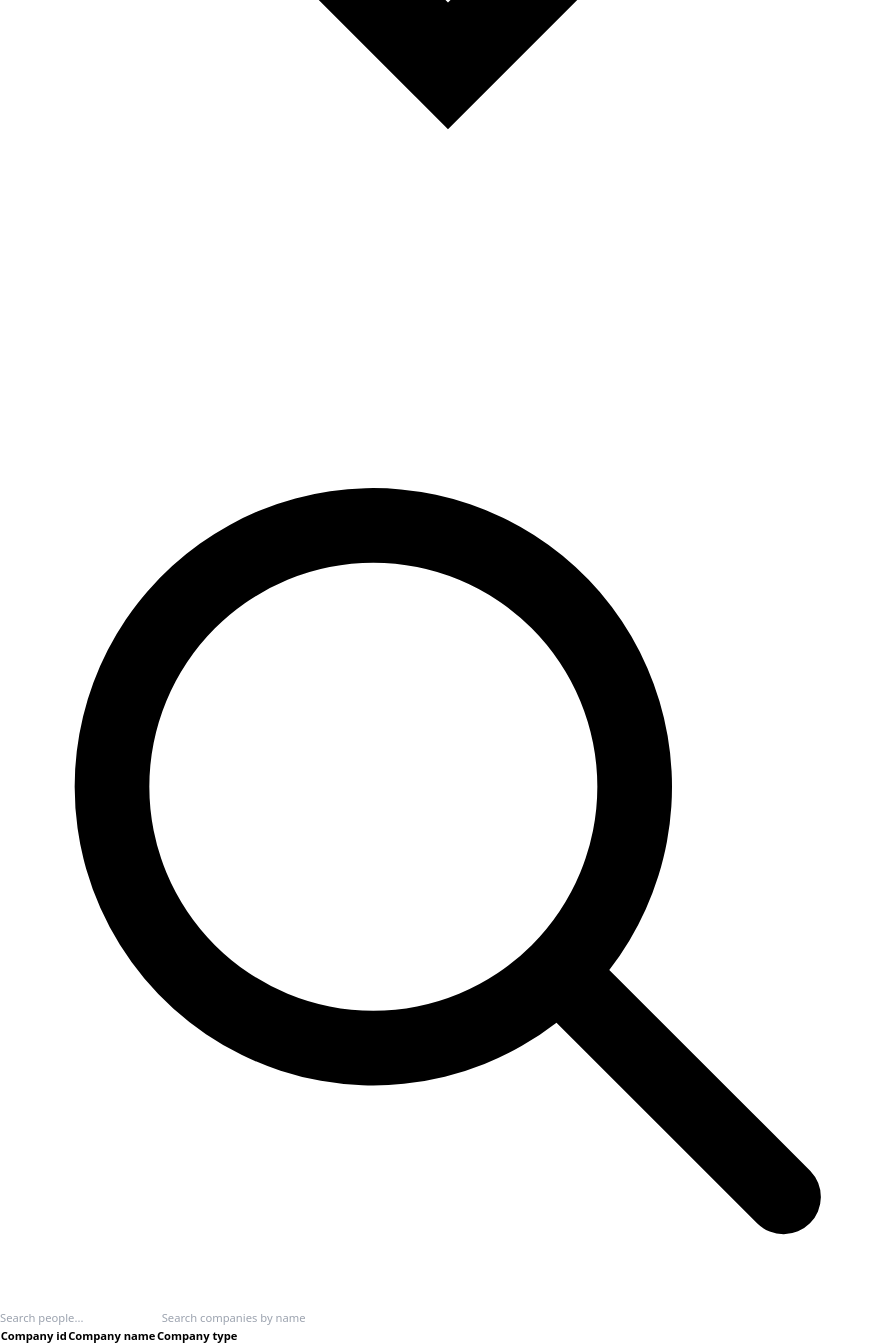
Repository: AlekJanevski/capcito
Page: /
These files come from the project's save history. The page is drawn as it stood at one moment and after the next save; the edit follows.
The browser window is 1280 px wide. The pictures show the part of the page from y = 2042 to 3962 px (the page is 3962 px tall), at 70% of full size.
The page's requests for data from a server got no answer. The project was rebuilt for these pictures with package versions that can differ from the ones it lists, and the page was loaded fresh each time. No one was signed in, and anything a server would have sent is missing.

Above is the page before, as saved 2021-02-11 14:04:57.

### src/App.vue
<template>
  <HelloWorld />
</template>

<script>
import HelloWorld from './components/HelloWorld.vue'

export default {
  name: 'App',
  components: {
    HelloWorld
  }
}
</script>

<style>

</style>

### src/components/HelloWorld.vue
<template>
		<!-- <table class="w-5/6 m-5 mx-auto text-gray-800 bg-gray-200 rounded-t-lg">
			<tr class="text-left border-b-2 border-gray-300">
				<th class="px-4 py-3">Company ID</th>
				<th class="px-4 py-3">Company name</th>
				<th class="px-4 py-3">Company type: </th>
			</tr>

			<tr class="bg-gray-100 border-b border-gray-200" v-for="user in usersList" :key="user.id">
				<td class="px-4 py-3">{{ user.id }}</td>
				<td class="px-4 py-3">{{ user.name }}</td>
				<td class="px-4 py-3">{{ user.type }}</td>
			</tr>
		</table> -->
		<div class="container px-4 mx-auto sm:px-8">
			<div class="py-8">
				<div>
					<h2 class="text-2xl font-semibold leading-tight">Companies</h2>
				</div>

				<div class="flex flex-col my-2 sm:flex-row">
					<div class="flex flex-row mb-1 sm:mb-0">
						<div class="relative mr-3">
							<select class="block w-full h-full px-4 py-2 pr-8 leading-tight text-gray-700 bg-white border border-gray-400 rounded-l appearance-none focus:outline-none focus:bg-white focus:border-gray-500">
								<option>5</option>
								<option>10</option>
								<option>20</option>
							</select>
							<div
								class="absolute inset-y-0 right-0 flex items-center px-2 text-gray-700 pointer-events-none">
								<svg class="w-4 h-4 fill-current" xmlns="http://www.w3.org/2000/svg" viewBox="0 0 20 20">
									<path d="M9.293 12.95l.707.707L15.657 8l-1.414-1.414L10 10.828 5.757 6.586 4.343 8z" />
								</svg>
							</div>
						</div>
						<div class="relative mr-3">
							<select
								class="block w-full h-full px-4 py-2 pr-8 leading-tight text-gray-700 bg-white border border-gray-400 rounded appearance-none sm:rounded-r-none focus:outline-none focus:border-l focus:border-r focus:bg-white focus:border-gray-500">
								<option>All</option>
								<option>Active</option>
								<option>Inactive</option>
							</select>
							<div
								class="absolute inset-y-0 right-0 flex items-center px-2 text-gray-700 pointer-events-none">
								<svg class="w-4 h-4 fill-current" xmlns="http://www.w3.org/2000/svg" viewBox="0 0 20 20">
										<path d="M9.293 12.95l.707.707L15.657 8l-1.414-1.414L10 10.828 5.757 6.586 4.343 8z" />
								</svg>
							</div>
						</div>
					</div>

					<div class="relative block">
						<span class="absolute inset-y-0 left-0 flex items-center h-full pl-2">
							<svg viewBox="0 0 24 24" class="w-4 h-4 text-gray-500 fill-current">
								<path d="M10 4a6 6 0 100 12 6 6 0 000-12zm-8 6a8 8 0 1114.32 4.906l5.387 5.387a1 1 0 01-1.414 1.414l-5.387-5.387A8 8 0 012 10z" />
							</svg>
						</span>

						    <input
									type="text"
									v-model.trim="search"
									placeholder="Search people..."
									@keyup="getAllStarWarsPeople"
								/>
						<input
							type="text"
							v-model.trim="search"
							placeholder="Search companies by name"
							class="block w-full py-2 pl-8 pr-6 text-sm text-gray-700 placeholder-gray-400 bg-white border border-b border-gray-400 rounded-l rounded-r appearance-none sm:rounded-l-none focus:bg-white focus:placeholder-gray-600 focus:text-gray-700 focus:outline-none" />
					</div>
				</div>

				<div class="px-4 py-4 -mx-4 overflow-x-auto sm:-mx-8 sm:px-8">
					<div class="inline-block min-w-full overflow-hidden rounded-lg shadow">
						<table class="min-w-full leading-normal">
							<thead>
								<tr>
									<th class="px-5 py-3 text-xs font-semibold tracking-wider text-left text-gray-600 uppercase bg-gray-100 border-b-2 border-gray-200">
											Company id
									</th>
									<th class="px-5 py-3 text-xs font-semibold tracking-wider text-left text-gray-600 uppercase bg-gray-100 border-b-2 border-gray-200">
											Company name
									</th>
									<th class="px-5 py-3 text-xs font-semibold tracking-wider text-left text-gray-600 uppercase bg-gray-100 border-b-2 border-gray-200">
											Company type
									</th>
								</tr>
							</thead>

							<tbody>
									<tr v-for="user in usersList" :key="user.id">
										<td class="px-5 py-5 text-sm bg-white border-b border-gray-200">
											<div class="flex items-center">
												<p class="text-gray-900 whitespace-no-wrap">
													{{ user.id }}
												</p>
											</div>
										</td>

										<td class="px-5 py-5 text-sm bg-white border-b border-gray-200">
											<p class="text-gray-900 whitespace-no-wrap">
												{{ user.name }}
											</p>
										</td>

										<td class="px-5 py-5 text-sm bg-white border-b border-gray-200">
											<p class="text-gray-900 whitespace-no-wrap">
												{{ user.type }}
											</p>
										</td>
									</tr>
							</tbody>
						</table>
					</div>
				</div>
			</div>
    </div>
</template>

<script>
import axios from 'axios';

export default {
  name: 'Hello World',

  data() {
    return {
      usersList: [],
			searchFilter: ''
    };
  },

  mounted() {
    axios.get("https://my-json-server.typicode.com/capcito/frontend-ws/companies")
      .then(res => {
        this.usersList = res.data;
        console.log(this.usersList)
      })
      .catch(error => {
        console.log(error)
         // Manage errors if found any
      })
  },

	watch: {
		// Handles the sorting while typing into the search input
    searchFilter () {
      if (this.filteredOptions.length === 0) {
        this.selected = {};
      } else {
        this.selected = this.filteredOptions[0];
      }
      this.$emit('filter', this.searchFilter);
    }
	},

	computed: {
		// Handles the filtering options
    filteredOptions () {
      const filtered = [];
      const regOption = new RegExp(this.searchFilter, 'ig');
      for (const user of this.users) {
        if (this.searchFilter.length < 1 || user.name.match(regOption)){
          if (filtered.length < this.maxItem) filtered.push(user);
        }
      }
      return filtered;
    }
	}
}

</script>

<!-- Add "scoped" attribute to limit CSS to this component only -->
<style scoped>

</style>

Loaded but not shown: public/index.html (common file); src/main.js (common file); src/index.css (common file); tailwind.config.js (common file)

After the next save:
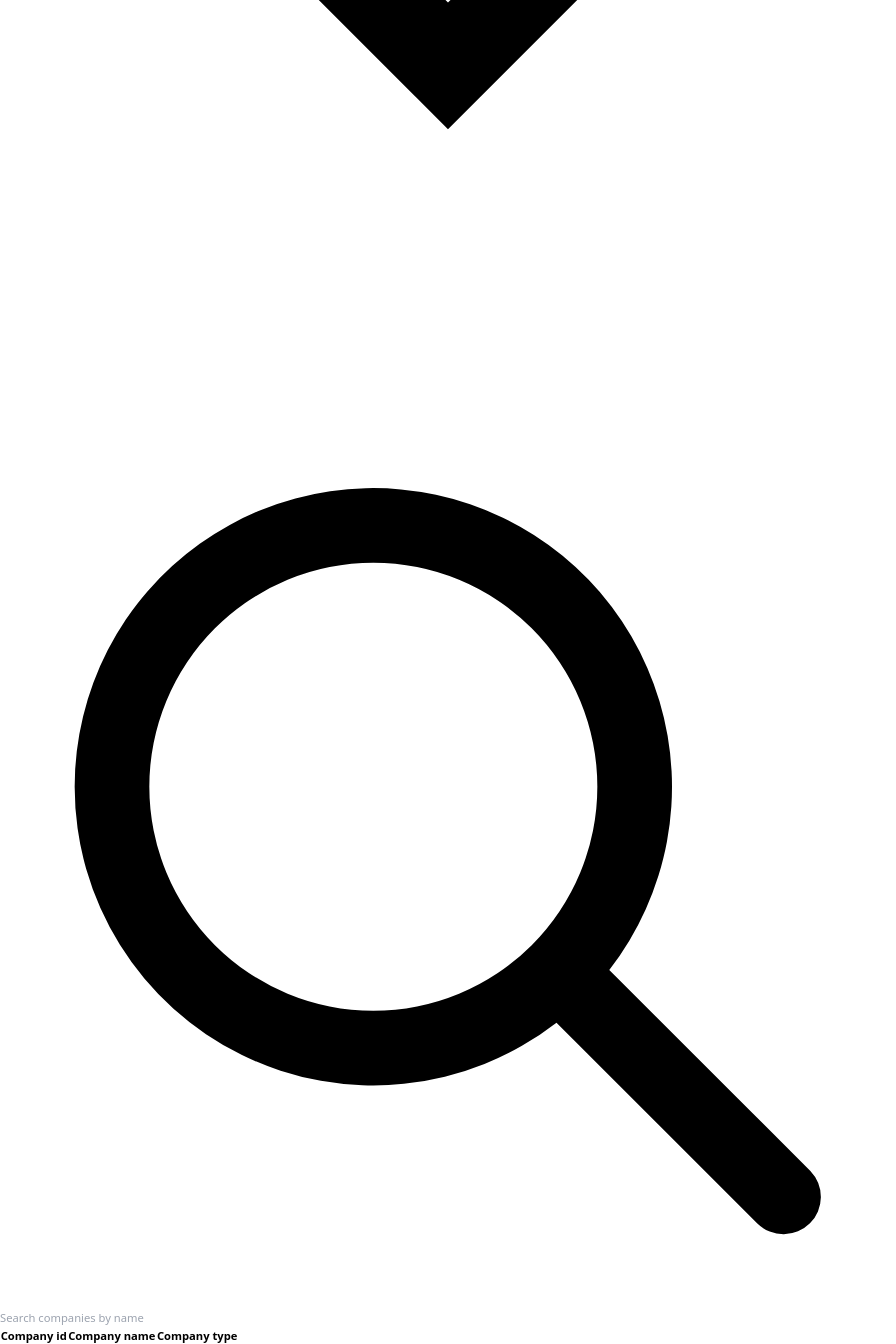
Saved 28 s later.
--- a/src/components/HelloWorld.vue
+++ b/src/components/HelloWorld.vue
@@ -56,12 +56,6 @@
 							</svg>
 						</span>
 
-						    <input
-									type="text"
-									v-model.trim="search"
-									placeholder="Search people..."
-									@keyup="getAllStarWarsPeople"
-								/>
 						<input
 							type="text"
 							v-model.trim="search"
